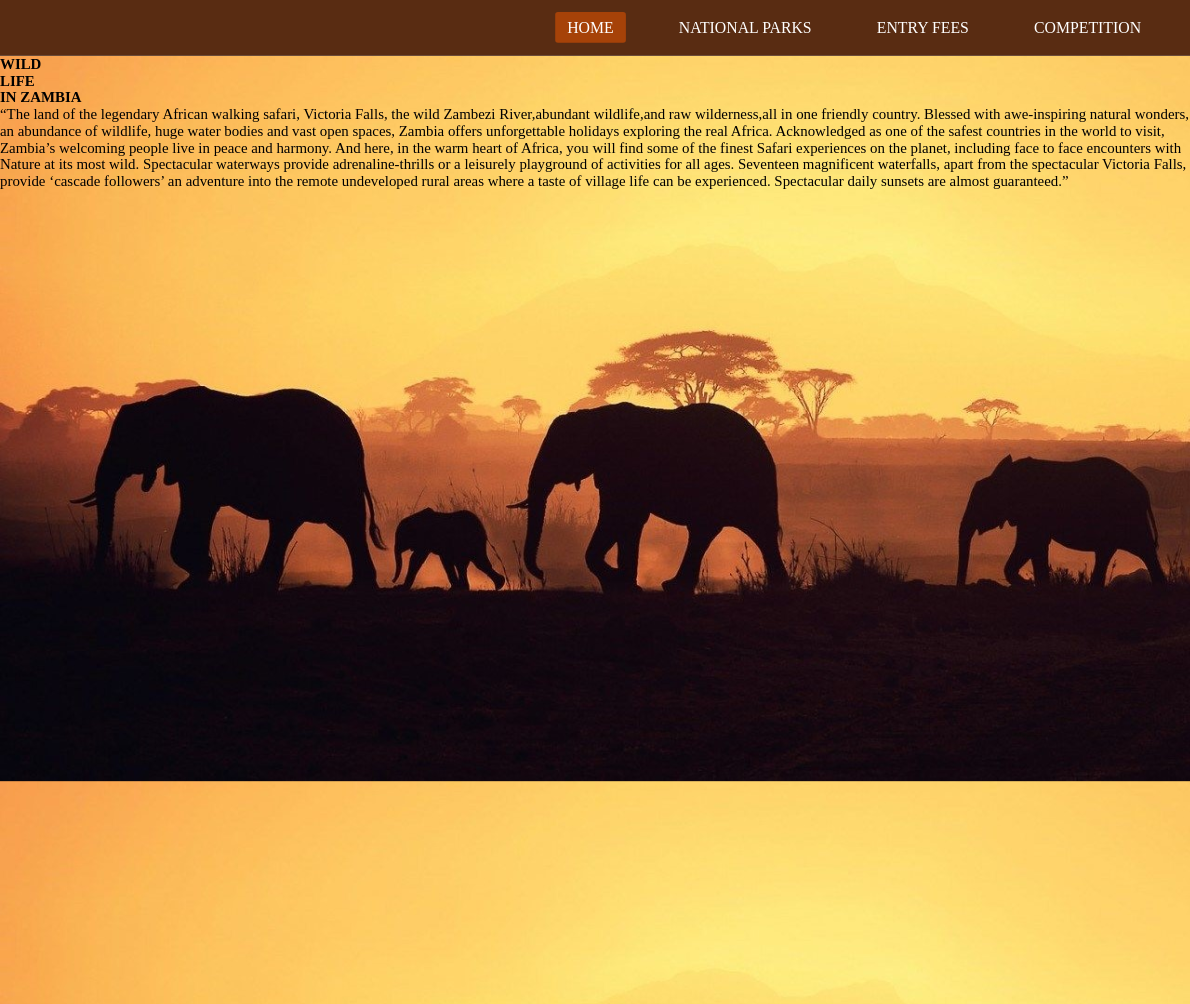
Repository: Lungdjos/web_assignment_3rd_yr
Page: home/index.html
The author's editor kept a copy of each file at every save. The page is drawn from the files as they stood at one save, then again after the next save.
The browser window is 1280 px wide. The pictures show the whole page, at 93% of full size.
Some web libraries are served in a nearby version.

Above is the page before, as saved 2021-06-18 15:09:37.

After the next save:
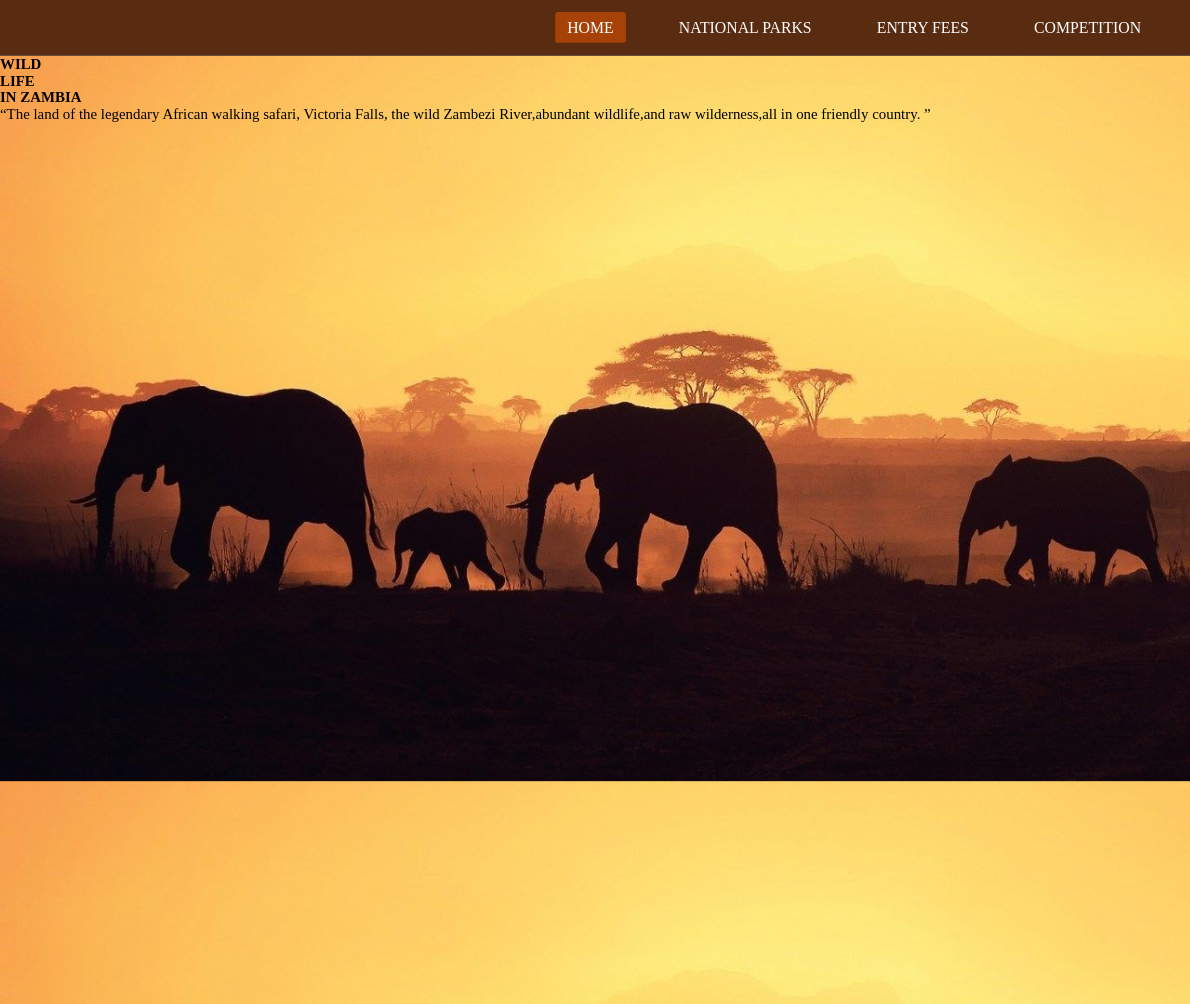
Saved 14 s later.
--- a/home/index.html
+++ b/home/index.html
@@ -54,7 +54,7 @@
             </div>
             <div>
                 <p>
-                    <q>The land of the legendary African walking safari, Victoria Falls, the wild Zambezi River,abundant wildlife,and raw wilderness,all in one friendly country. Blessed with awe-inspiring natural wonders, an abundance of wildlife,
+                    <q>The land of the legendary African walking safari, Victoria Falls, the wild Zambezi River,abundant wildlife,and raw wilderness,all in one friendly country. <Blessed with awe-inspiring natural wonders, an abundance of wildlife,
                     huge water bodies and vast open spaces, Zambia offers unforgettable holidays exploring the real Africa. Acknowledged as one of the safest countries in the world to visit, Zambia’s welcoming people live in peace and harmony. And here,
                     in the warm heart of Africa, you will find some of the finest Safari experiences on the planet, including face to face encounters with Nature at its most wild. Spectacular waterways provide adrenaline-thrills or a leisurely playground
                     of activities for all ages. Seventeen magnificent waterfalls, apart from the spectacular Victoria Falls, provide ‘cascade followers’ an adventure into the remote undeveloped rural areas where a taste of village life can be experienced.

After the 2 saves that followed:
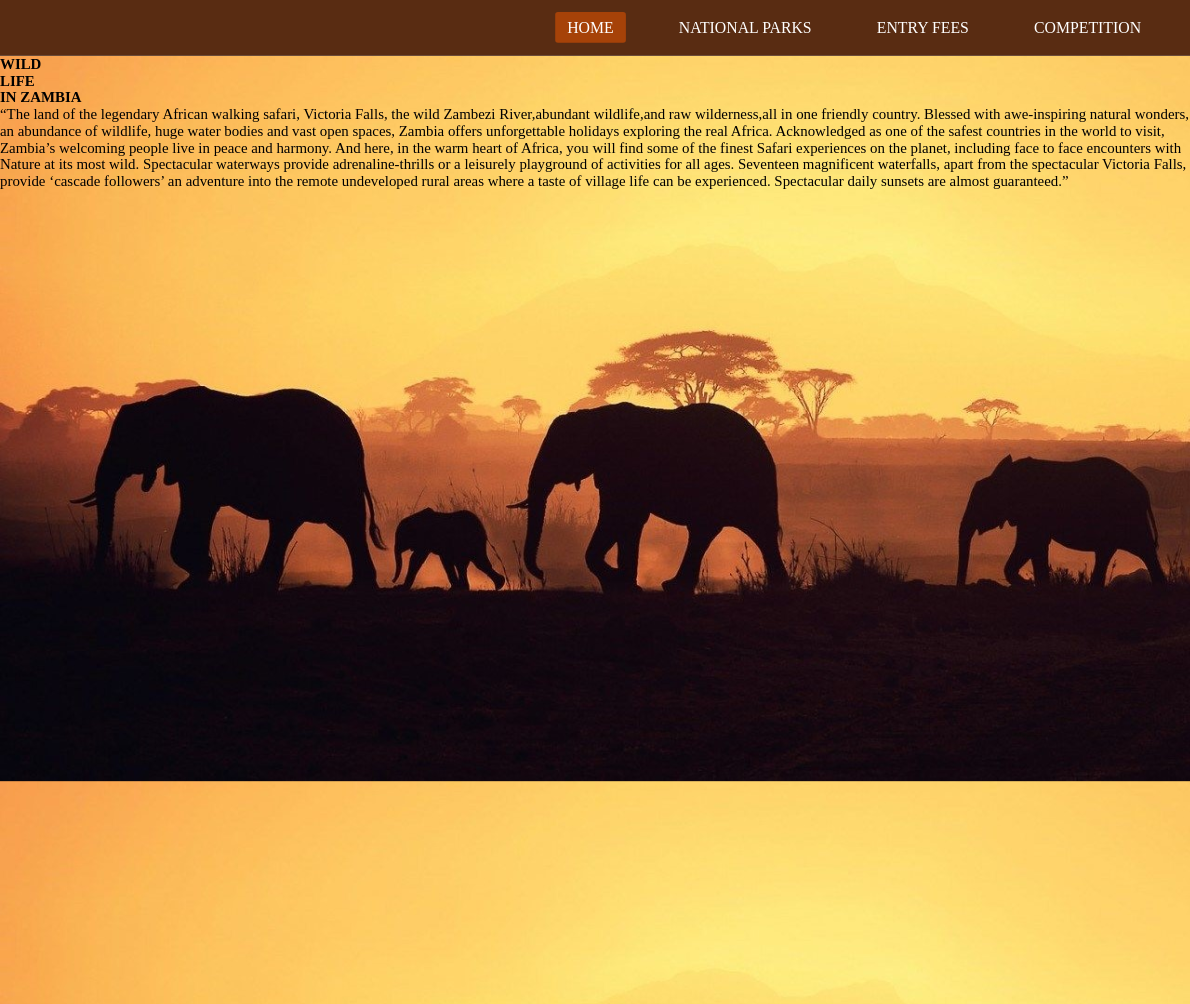
The 2 saves are shown as one change because they came seconds apart.
The last was saved 7 s later.
--- a/home/index.html
+++ b/home/index.html
@@ -54,7 +54,7 @@
             </div>
             <div>
                 <p>
-                    <q>The land of the legendary African walking safari, Victoria Falls, the wild Zambezi River,abundant wildlife,and raw wilderness,all in one friendly country. <Blessed with awe-inspiring natural wonders, an abundance of wildlife,
+                    <q>The land of the legendary African walking safari, Victoria Falls, the wild Zambezi River,abundant wildlife,and raw wilderness,all in one friendly country. <b></b>Blessed with awe-inspiring natural wonders, an abundance of wildlife,
                     huge water bodies and vast open spaces, Zambia offers unforgettable holidays exploring the real Africa. Acknowledged as one of the safest countries in the world to visit, Zambia’s welcoming people live in peace and harmony. And here,
                     in the warm heart of Africa, you will find some of the finest Safari experiences on the planet, including face to face encounters with Nature at its most wild. Spectacular waterways provide adrenaline-thrills or a leisurely playground
                     of activities for all ages. Seventeen magnificent waterfalls, apart from the spectacular Victoria Falls, provide ‘cascade followers’ an adventure into the remote undeveloped rural areas where a taste of village life can be experienced.
